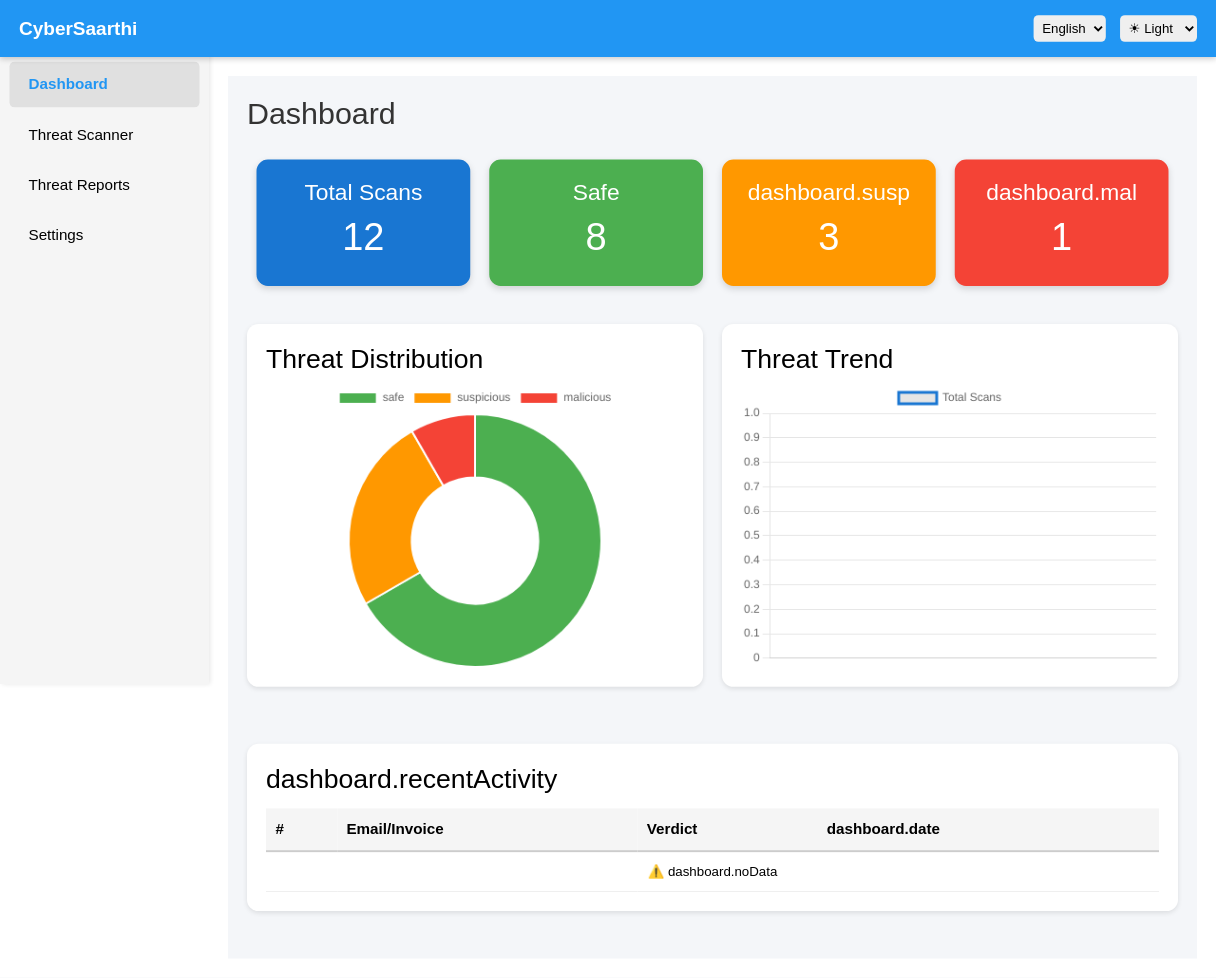
Repository: riyaaaa19/CyberSaarthi
Page: /dashboard (app in frontend/)
These files come from the project's save history. The page is drawn as it stood at one moment and after the next save; the edit follows.
The browser window is 1280 px wide. The pictures show the whole page, at 95% of full size.
The page's requests for data from a server got no answer. The project was rebuilt for these pictures with package versions that can differ from the ones it lists, and the page was loaded fresh each time. No one was signed in, and anything a server would have sent is missing. Also part of the build but not shown: frontend/vite.config.ts, frontend/src/pages/Scanner.js, frontend/src/pages/Reports.js, frontend/src/pages/Settings.js.

Above is the page before, as saved 2025-08-21 19:15:59.

### frontend/src/index.js
import React from "react";
import ReactDOM from "react-dom/client";
import App from "./App";
import "bootstrap/dist/css/bootstrap.min.css";
import "./styles/style.css";

const root = ReactDOM.createRoot(document.getElementById("root"));
root.render(<App />);

### frontend/src/App.js
import React from "react";
import { BrowserRouter as Router, Routes, Route, Navigate } from "react-router-dom";
import Navbar from "./components/Navbar";
import Sidebar from "./components/Sidebar";
import Dashboard from "./pages/Dashboard";
import Scanner from "./pages/Scanner";
import Reports from "./pages/Reports";
import Settings from "./pages/Settings";
import { ThemeLangProvider } from "./ThemeLangContext";  // ✅ Import provider

function App() {
  const layoutStyle = { display: "flex" };
  const contentStyle = {
    marginLeft: "220px",
    flex: 1,
    padding: "20px",
    marginTop: "60px"   // ✅ push down content so it doesn’t overlap navbar
  };

  return (
    <ThemeLangProvider>
      <Router>
        <Navbar />
        <div style={layoutStyle}>
          <Sidebar />
          <div style={contentStyle}>
            <Routes>
              <Route path="/" element={<Navigate to="/dashboard" />} />
              <Route path="/dashboard" element={<Dashboard />} />
              <Route path="/scanner" element={<Scanner />} />
              <Route path="/reports" element={<Reports />} />
              <Route path="/settings" element={<Settings />} />
            </Routes>
          </div>
        </div>
      </Router>
    </ThemeLangProvider>
  );
}

export default App;

### frontend/src/styles/style.css
body {
  font-family: 'Poppins', sans-serif;
  background: #f8f9fa;
}
.sidebar {
  width: 250px;
  background: #fff;
  min-height: 100vh;
}
.nav-link.active {
  background-color: #0d6efd !important;
  color: #fff !important;
}

### frontend/src/components/Navbar.js
import React, { useContext } from "react";
import { ThemeLangContext } from "../ThemeLangContext";
import { useT } from "../i18n";   // ✅ use useT hook

function Navbar() {
  const { theme, setTheme, lang, setLang } = useContext(ThemeLangContext);
  const t = useT();   // ✅ call hook to get translation function

  const navbarStyle = {
    position: "fixed",
    top: 0,
    left: 0,
    width: "100%",
    height: "60px",
    background: theme === "dark" ? "#121212" : "#2196f3",
    color: "#fff",
    display: "flex",
    alignItems: "center",
    justifyContent: "space-between",
    padding: "0 20px",
    boxShadow: "0 2px 6px rgba(0,0,0,0.2)",
    zIndex: 1000
  };

  const titleStyle = {
    fontSize: "20px",
    fontWeight: "bold"
  };

  const controlsStyle = {
    display: "flex",
    alignItems: "center",
    gap: "15px"
  };

  const selectStyle = {
    padding: "5px",
    borderRadius: "5px",
    border: "none",
    fontSize: "14px",
    cursor: "pointer"
  };

  return (
    <div style={navbarStyle}>
      {/* App Title */}
      <div style={titleStyle}>{t("app.title")}</div>

      {/* Controls */}
      <div style={controlsStyle}>
        {/* Language Selector */}
        <select
          value={lang}
          onChange={(e) => setLang(e.target.value)}
          style={selectStyle}
        >
          <option value="en">English</option>
          <option value="hi">हिन्दी</option>
        </select>

        {/* Theme Selector */}
        <select
          value={theme}
          onChange={(e) => setTheme(e.target.value)}
          style={selectStyle}
        >
          <option value="light">☀ Light</option>
          <option value="dark">🌙 Dark</option>
        </select>
      </div>
    </div>
  );
}

export default Navbar;

### frontend/src/components/Sidebar.js
import React, { useContext } from "react";
import { Link, useLocation } from "react-router-dom";
import { ThemeLangContext } from "../ThemeLangContext";
import { useT } from "../i18n";   // ✅ use hook

function Sidebar() {
  const { theme } = useContext(ThemeLangContext);
  const location = useLocation();
  const t = useT();   // ✅ call hook

  const sidebarStyle = {
    width: "220px",
    height: "100vh",
    position: "fixed",
    left: 0,
    top: 0,
    background: theme === "dark" ? "#1e1e1e" : "#f5f5f5",
    color: theme === "dark" ? "#fff" : "#000",
    paddingTop: "60px",
    boxShadow: "2px 0 5px rgba(0,0,0,0.1)"
  };

  const linkStyle = (path) => ({
    display: "block",
    padding: "12px 20px",
    color:
      location.pathname === path
        ? "#2196f3"
        : theme === "dark"
        ? "#ddd"
        : "#000",
    textDecoration: "none",
    fontWeight: location.pathname === path ? "bold" : "normal",
    background:
      location.pathname === path
        ? theme === "dark"
          ? "#333"
          : "#e0e0e0"
        : "transparent",
    borderRadius: "5px",
    margin: "5px 10px"
  });

  return (
    <div style={sidebarStyle}>
      <Link to="/dashboard" style={linkStyle("/dashboard")}>
        {t("dashboard.title")}
      </Link>
      <Link to="/scanner" style={linkStyle("/scanner")}>
        {t("scanner.title")}
      </Link>
      <Link to="/reports" style={linkStyle("/reports")}>
        {t("reports.title")}
      </Link>
      <Link to="/settings" style={linkStyle("/settings")}>
        {t("settings.title")}
      </Link>
    </div>
  );
}

export default Sidebar;

### frontend/src/pages/Dashboard.js
import React, { useEffect, useState, useContext } from "react";
import { getHistory } from "../services/api";
import {
  Chart as ChartJS,
  ArcElement,
  Tooltip,
  Legend,
  LineElement,
  CategoryScale,
  LinearScale,
  PointElement,
} from "chart.js";
import { Doughnut, Line } from "react-chartjs-2";
import { useT } from "../i18n";
import { ThemeLangContext } from "../ThemeLangContext";

ChartJS.register(
  ArcElement,
  Tooltip,
  Legend,
  LineElement,
  CategoryScale,
  LinearScale,
  PointElement
);

function Dashboard() {
  const t = useT();
  const { theme } = useContext(ThemeLangContext);

  const [history, setHistory] = useState([]);
  const [summary, setSummary] = useState({
    safe: 0,
    suspicious: 0,
    malicious: 0,
    total: 0,
  });

  useEffect(() => {
    getHistory(50, 0)
      .then((page) => {
        const items = page.items || [];
        setHistory(items);

        const counts = { SAFE: 0, SUSPICIOUS: 0, MALICIOUS: 0 };
        items.forEach((it) => {
          counts[it.verdict] = (counts[it.verdict] || 0) + 1;
        });

        setSummary({
          safe: counts.SAFE || 0,
          suspicious: counts.SUSPICIOUS || 0,
          malicious: counts.MALICIOUS || 0,
          total: items.length,
        });
      })
      .catch(() => {
        // fallback dummy data
        setSummary({ safe: 8, suspicious: 3, malicious: 1, total: 12 });
      });
  }, []);

  // Chart data
  const doughnutData = {
    labels: [t("safe"), t("suspicious"), t("malicious")],
    datasets: [
      {
        data: [summary.safe, summary.suspicious, summary.malicious],
        backgroundColor: ["#4caf50", "#ff9800", "#f44336"],
      },
    ],
  };

  const lineData = {
    labels: history.slice(0, 7).map((h) =>
      new Date(h.created_at).toLocaleDateString()
    ),
    datasets: [
      {
        data: history.slice(0, 7).map((_, i) => i + 1),
        label: t("dashboard.total"),
        borderColor: "#1976d2",
        tension: 0.3,
        fill: false,
      },
    ],
  };

  // Styles
  const cardBase = {
    flex: 1,
    margin: "10px",
    padding: "20px",
    borderRadius: "12px",
    color: "#fff",
    textAlign: "center",
    boxShadow: "0 3px 8px rgba(0,0,0,0.15)",
  };

  const sectionStyle = {
    background: theme === "dark" ? "#1e1e1e" : "#fff",
    borderRadius: "12px",
    boxShadow: "0 2px 6px rgba(0,0,0,0.1)",
    padding: "20px",
    marginBottom: "30px",
  };

  const tableStyle = {
    width: "100%",
    borderCollapse: "collapse",
    marginTop: "15px",
  };

  const thStyle = {
    padding: "10px",
    borderBottom: "2px solid #ccc",
    textAlign: "left",
    background: theme === "dark" ? "#333" : "#f5f5f5",
  };

  const tdStyle = {
    padding: "10px",
    borderBottom: "1px solid #eee",
    fontSize: "14px",
  };

  // Translate verdicts
  const verdictMap = {
    SAFE: t("email.safe"),
    SUSPICIOUS: t("email.susp"),
    MALICIOUS: t("email.mal"),
  };

  return (
    <div
      style={{
        padding: "20px",
        background: theme === "dark" ? "#121212" : "#f4f6f9",
        minHeight: "100vh",
      }}
    >
      <h2
        style={{
          marginBottom: "20px",
          color: theme === "dark" ? "#fff" : "#333",
        }}
      >
        {t("dashboard.title")}
      </h2>

      {/* Stat Cards */}
      <div
        style={{
          display: "flex",
          justifyContent: "space-between",
          marginBottom: "30px",
        }}
      >
        <div style={{ ...cardBase, background: "#1976d2" }}>
          <h4>{t("dashboard.total")}</h4>
          <h1>{summary.total}</h1>
        </div>
        <div style={{ ...cardBase, background: "#4caf50" }}>
          <h4>{t("dashboard.safe")}</h4>
          <h1>{summary.safe}</h1>
        </div>
        <div style={{ ...cardBase, background: "#ff9800" }}>
          <h4>{t("dashboard.susp")}</h4>
          <h1>{summary.suspicious}</h1>
        </div>
        <div style={{ ...cardBase, background: "#f44336" }}>
          <h4>{t("dashboard.mal")}</h4>
          <h1>{summary.malicious}</h1>
        </div>
      </div>

      {/* Charts Section */}
      <div
        style={{
          display: "flex",
          gap: "20px",
          marginBottom: "30px",
        }}
      >
        <div style={{ ...sectionStyle, flex: 1 }}>
          <h3>{t("dashboard.distribution")}</h3>
          <div style={{ height: "300px" }}>
            <Doughnut data={doughnutData} options={{ maintainAspectRatio: false }} />
          </div>
        </div>
        <div style={{ ...sectionStyle, flex: 1 }}>
          <h3>{t("dashboard.trend")}</h3>
          <div style={{ height: "300px" }}>
            <Line data={lineData} options={{ maintainAspectRatio: false }} />
          </div>
        </div>
      </div>

      {/* Recent Activity Table */}
      <div style={sectionStyle}>
        <h3>{t("dashboard.recentActivity")}</h3>
        <table style={tableStyle}>
          <thead>
            <tr>
              <th style={thStyle}>#</th>
              <th style={thStyle}>
                {t("scanner.emailTab")}/{t("scanner.invoiceTab")}
              </th>
              <th style={thStyle}>{t("dashboard.verdict")}</th>
              <th style={thStyle}>{t("dashboard.date")}</th>
            </tr>
          </thead>
          <tbody>
            {history.slice(0, 5).map((h, i) => (
              <tr key={i}>
                <td style={tdStyle}>{i + 1}</td>
                <td style={tdStyle}>{h.scan_type}</td>
                <td
                  style={{
                    ...tdStyle,
                    fontWeight: "600",
                    color:
                      h.verdict === "SAFE"
                        ? "green"
                        : h.verdict === "SUSPICIOUS"
                        ? "#ff9800"
                        : "red",
                  }}
                >
                  {verdictMap[h.verdict] || h.verdict}
                </td>
                <td style={tdStyle}>
                  {new Date(h.created_at).toLocaleString()}
                </td>
              </tr>
            ))}
            {history.length === 0 && (
              <tr>
                <td style={tdStyle} colSpan="4" align="center">
                  ⚠️ {t("dashboard.noData")}
                </td>
              </tr>
            )}
          </tbody>
        </table>
      </div>
    </div>
  );
}

export default Dashboard;

### frontend/src/ThemeLangContext.js
import React, { createContext, useState, useEffect } from "react";

export const ThemeLangContext = createContext();

export const ThemeLangProvider = ({ children }) => {
  const [theme, setTheme] = useState(localStorage.getItem("THEME") || "light");
  const [lang, setLang] = useState(localStorage.getItem("LANG") || "en");

  // Apply theme globally
  useEffect(() => {
    localStorage.setItem("THEME", theme);
    document.body.style.background = theme === "dark" ? "#121212" : "#fff";
    document.body.style.color = theme === "dark" ? "#f5f5f5" : "#000";
  }, [theme]);

  // Persist lang
  useEffect(() => {
    localStorage.setItem("LANG", lang);
  }, [lang]);

  return (
    <ThemeLangContext.Provider value={{ theme, setTheme, lang, setLang }}>
      {children}
    </ThemeLangContext.Provider>
  );
};

### frontend/src/i18n.js
import { useContext } from "react";
import { ThemeLangContext } from "./ThemeLangContext";

const MESSAGES = {
  en: {
    "app.title": "CyberSaarthi",

    // Email Scanner
    "email.safe": "Email appears safe.",
    "email.susp": "Suspicious indicators found (possible phishing).",
    "email.mal": "High-risk indicators found (likely phishing).",

    // Invoice Scanner
    "invoice.safe": "Invoice looks consistent.",
    "invoice.susp": "Suspicious invoice indicators found.",
    "invoice.mal": "Likely fraudulent invoice detected.",
    "invoice.upload": "Upload invoice file (PDF/image)",
    "invoice.paste": "Or paste invoice text",
    "invoice.scanText": "Scan Text",

    // Dashboard
    "dashboard.title": "Dashboard",
    "dashboard.total": "Total Scans",
    "dashboard.safe": "Safe",
    "dashboard.suspicious": "Suspicious",
    "dashboard.malicious": "Malicious",
    "dashboard.distribution": "Threat Distribution",
    "dashboard.trend": "Threat Trend",
    "dashboard.recentReports": "Recent Reports",
    "dashboard.verdict": "Verdict",
    "dashboard.score": "Score",
    "dashboard.explanation": "Explanation",
    "dashboard.noReports": "No reports available",

    // Reports
    "reports.title": "Threat Reports",

    // Scanner
    "scanner.title": "Threat Scanner",
    "scanner.emailTab": "Email",
    "scanner.invoiceTab": "Invoice",

    // Settings
    "settings.title": "Settings",
    "settings.apiBase": "API Base URL",
    "settings.apiKey": "API Key (x-api-key header)",
    "settings.lang": "Language",
    "settings.theme": "Theme",
    "settings.light": "Light",
    "settings.dark": "Dark",
    "settings.notifications": "Enable Notifications",
    "settings.save": "Save",
    "settings.saved": "Settings saved successfully!"
  },

  hi: {
    "app.title": "साइबर सारथी",

    // Email Scanner
    "email.safe": "ईमेल सुरक्षित प्रतीत होता है।",
    "email.susp": "संदिग्ध संकेत मिले (संभावित फ़िशिंग)।",
    "email.mal": "उच्च जोखिम संकेत (संभावित फ़िशिंग)।",

    // Invoice Scanner
    "invoice.safe": "इनवॉइस सही लगता है।",
    "invoice.susp": "इनवॉइस में संदिग्ध संकेत मिले।",
    "invoice.mal": "संभावित धोखाधड़ी वाला इनवॉइस।",
    "invoice.upload": "इनवॉइस फ़ाइल अपलोड करें (PDF/इमेज)",
    "invoice.paste": "या इनवॉइस टेक्स्ट पेस्ट करें",
    "invoice.scanText": "टेक्स्ट स्कैन करें",

    // Dashboard
    "dashboard.title": "डैशबोर्ड",
    "dashboard.total": "कुल स्कैन",
    "dashboard.safe": "सुरक्षित",
    "dashboard.suspicious": "संदिग्ध",
    "dashboard.malicious": "हानिकारक",
    "dashboard.distribution": "खतरा वितरण",
    "dashboard.trend": "खतरा रुझान",
    "dashboard.recentReports": "हाल की रिपोर्टें",
    "dashboard.verdict": "परिणाम",
    "dashboard.score": "अंक",
    "dashboard.explanation": "व्याख्या",
    "dashboard.noReports": "कोई रिपोर्ट उपलब्ध नहीं",

    // Reports
    "reports.title": "खतरा रिपोर्ट",

    // Scanner
    "scanner.title": "खतरा स्कैनर",
    "scanner.emailTab": "ईमेल",
    "scanner.invoiceTab": "इनवॉइस",

    // Settings
    "settings.title": "सेटिंग्स",
    "settings.apiBase": "API बेस URL",
    "settings.apiKey": "API कुंजी (x-api-key हेडर)",
    "settings.lang": "भाषा",
    "settings.theme": "थीम",
    "settings.light": "हल्की",
    "settings.dark": "गहरी",
    "settings.notifications": "सूचनाएं सक्षम करें",
    "settings.save": "सहेजें",
    "settings.saved": "सेटिंग्स सफलतापूर्वक सहेजी गईं!"
  }
};

// ✅ Hook version of translator
export function useT() {
  const { lang } = useContext(ThemeLangContext);
  return (key) => MESSAGES[lang]?.[key] || key;
}

### frontend/src/services/api.js
const DEFAULT_API_BASE = window.localStorage.getItem('API_BASE') || "http://localhost:8000";
const API_BASE = DEFAULT_API_BASE.replace(/\/$/, "");
const V1 = "/v1";

function getApiKeyHeader() {
  const key = window.localStorage.getItem('API_KEY');
  return key ? { "x-api-key": key } : {};
}

async function handleResp(res) {
  const contentType = res.headers.get('content-type') || '';
  if (!res.ok) {
    let text = await res.text();
    try { text = JSON.parse(text); } catch(e){}
    throw new Error(text.detail || text || 'Request failed');
  }
  if (contentType.includes('application/json')) return res.json();
  return res.text();
}

export async function getHistory(limit=20, offset=0) {
  const url = new URL(`${API_BASE}${V1}/reports/history`);
  url.searchParams.set('limit', limit);
  url.searchParams.set('offset', offset);
  const res = await fetch(url.toString(), { headers: getApiKeyHeader() });
  return handleResp(res);
}

export async function scanEmail(emailText, lang="en") {
  const body = { email_text: emailText, lang };
  const res = await fetch(`${API_BASE}${V1}/scan/email`, {
    method: 'POST',
    headers: { "Content-Type": "application/json", ...getApiKeyHeader() },
    body: JSON.stringify(body),
  });
  return handleResp(res);
}

export async function scanInvoiceText(invoiceText, lang="en") {
  const body = { invoice_text: invoiceText, lang };
  const res = await fetch(`${API_BASE}${V1}/scan/invoice`, {
    method: 'POST',
    headers: { "Content-Type": "application/json", ...getApiKeyHeader() },
    body: JSON.stringify(body),
  });
  return handleResp(res);
}

export async function uploadInvoiceFile(file) {
  const formData = new FormData();
  formData.append("file", file);
  const res = await fetch(`${API_BASE}${V1}/scan/invoice/upload`, {
    method: "POST",
    headers: getApiKeyHeader(),
    body: formData
  });
  return handleResp(res);
}

export function setRuntimeConfig({ apiBase, apiKey }) {
  if (apiBase !== undefined) window.localStorage.setItem('API_BASE', apiBase);
  if (apiKey !== undefined) {
    if (apiKey === "" || apiKey === null) window.localStorage.removeItem('API_KEY');
    else window.localStorage.setItem('API_KEY', apiKey);
  }
}

export { API_BASE };

Loaded but not shown: frontend/public/index.html (common file)

After the next save:
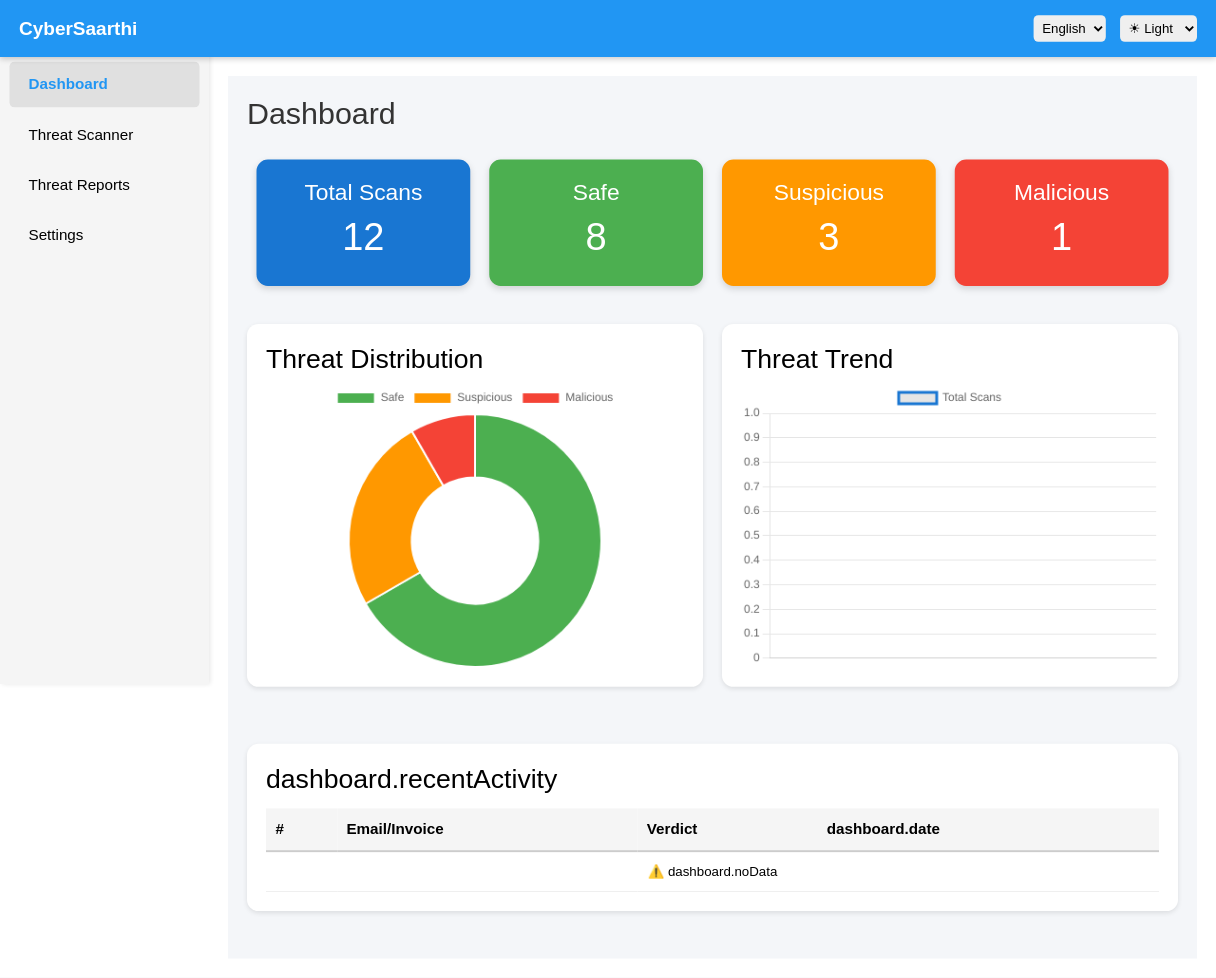
Saved 42 s later.
--- a/frontend/src/pages/Dashboard.js
+++ b/frontend/src/pages/Dashboard.js
@@ -62,7 +62,11 @@ function Dashboard() {
 
   // Chart data
   const doughnutData = {
-    labels: [t("safe"), t("suspicious"), t("malicious")],
+    labels: [
+      t("dashboard.safe"),
+      t("dashboard.suspicious"),   // ✅ updated
+      t("dashboard.malicious"),    // ✅ updated
+    ],
     datasets: [
       {
         data: [summary.safe, summary.suspicious, summary.malicious],
@@ -127,8 +131,8 @@ function Dashboard() {
   // Translate verdicts
   const verdictMap = {
     SAFE: t("email.safe"),
-    SUSPICIOUS: t("email.susp"),
-    MALICIOUS: t("email.mal"),
+    SUSPICIOUS: t("email.suspicious"),  // ✅ updated
+    MALICIOUS: t("email.malicious"),    // ✅ updated
   };
 
   return (
@@ -165,11 +169,11 @@ function Dashboard() {
           <h1>{summary.safe}</h1>
         </div>
         <div style={{ ...cardBase, background: "#ff9800" }}>
-          <h4>{t("dashboard.susp")}</h4>
+          <h4>{t("dashboard.suspicious")}</h4> {/* ✅ updated */}
           <h1>{summary.suspicious}</h1>
         </div>
         <div style={{ ...cardBase, background: "#f44336" }}>
-          <h4>{t("dashboard.mal")}</h4>
+          <h4>{t("dashboard.malicious")}</h4> {/* ✅ updated */}
           <h1>{summary.malicious}</h1>
         </div>
       </div>
